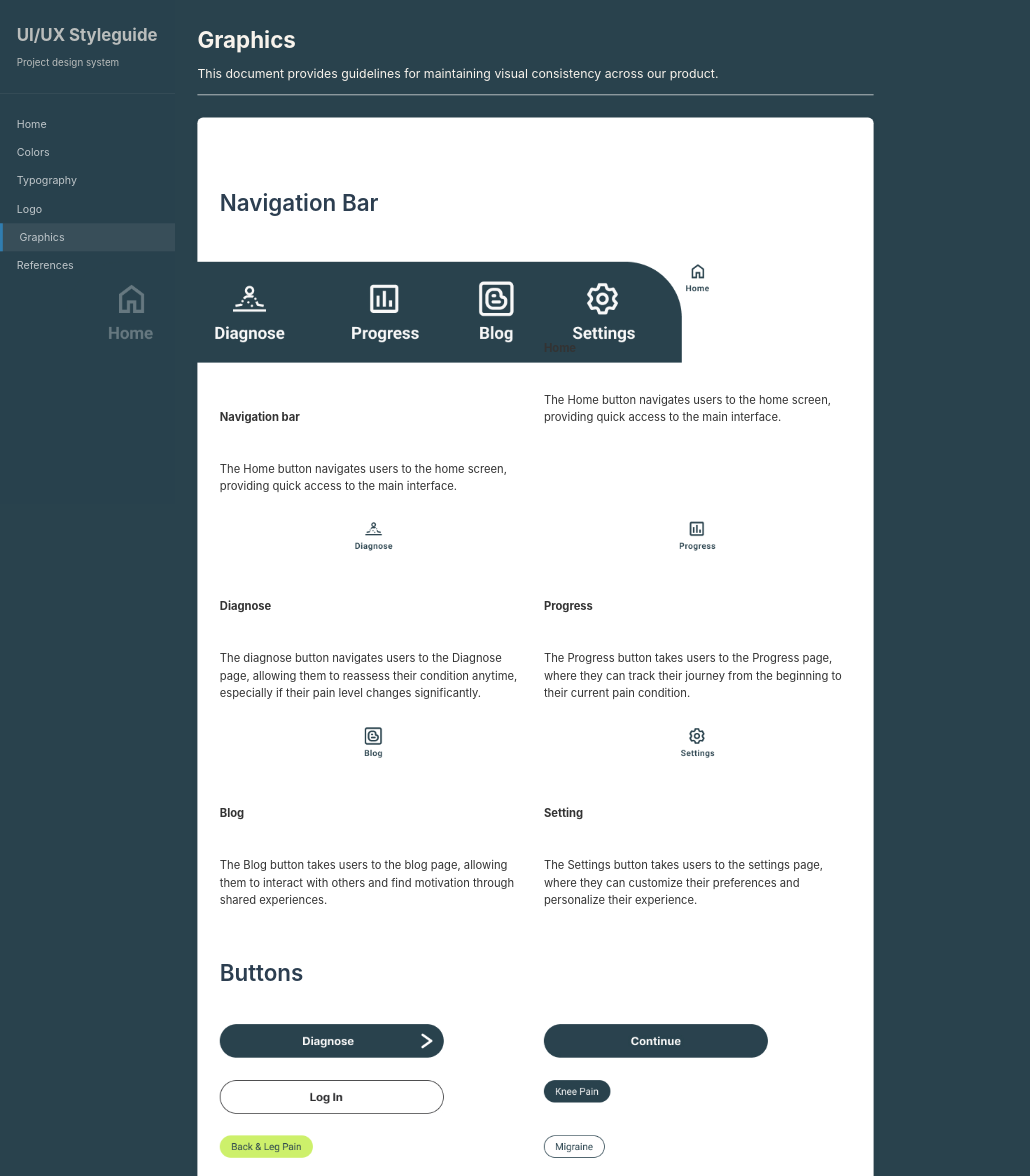
Repository: rosielee09/Heal_U
Page: graphics.html
An editor plug-in stored every save of this project. The page is shown before and after the next save, followed by the edit.
The browser window is 1280 px wide. The page is 1472 px wide, so the pictures cover 1472 px, including what lies to the right of the window. The pictures show the part of the page from y = 0 to 1680 px (the page is 4879 px tall before and 4781 px after), at 70% of full size.

Above is the page before, as saved 2025-04-06 10:39:30.

### graphics.html
<!DOCTYPE html>
<html lang="en">
<head>
    <meta charset="UTF-8">
    <meta name="viewport" content="width=device-width, initial-scale=1.0">
    <link rel="stylesheet" href="styles.css">
    <title>Heal_U Styleguide</title>
</head>
<body>
    <div class="container">
        <!-- Sidebar Navigation -->
        <div class="sidebar">
            <div class="sidebar-header">
                <h1>UI/UX Styleguide</h1>
                <p>Project design system</p>
            </div>
            <ul class="nav">
                <li ><a href="index.html">Home</a></li>
                <li><a href="colors.html">Colors</a></li>
                <li><a href="typography.html">Typography</a></li>
                <li><a href="logo.html">Logo</a></li>
                <li class="active"><a href="graphics.html">Graphics</a></li>
                <li><a href="references.html">References</a></li>
            </ul>
        </div>

        <!-- Main Content - Home Page -->

        <div class="content">
            <header class="page-header">
                <h2>Graphics</h2>
                <p>This document provides guidelines for maintaining visual consistency across our product.</p>
            </header>


           <!-- SECTION 1: menu bar -->
           <div class="component">
            <div class="component-header">

                <section class="component-section">
                    <h3 class="component-title">Navigation Bar</h3>
                    <div class="graphic-grid">


                        <!-- navbar -->
                        <div class="graphic-item">
                            <img class="graphic-menu__icon" src="/img/graphic-menu/navbar.png" alt="navbar">
                            <div class="graphic-info">
                                <h4 class="graphic-title">Navigation bar</h4>
                                <p>The Home button navigates users to the home screen, providing quick access to the main interface.</p>
                            </div>
                        </div>
                        <!-- home -->
                        <div class="graphic-item">
                            <img class="graphic-menu__icon" src="/img/graphic-menu/home.png" alt="home">
                            <div class="graphic-info">
                                <h4 class="graphic-title">Home</h4>
                                <p>The Home button navigates users to the home screen, providing quick access to the main interface.</p>
                            </div>
                        </div>
                        <!-- diagnose -->
                        <div class="graphic-item">
                            <img class="graphic-menu__icon" src="/img/graphic-menu/diagnose.png" alt="diagnose">
                            <div class="graphic-info">
                                <h4 class="graphic-title">Diagnose </h4>
                                <div>The diagnose button navigates users to the Diagnose page, allowing them to reassess their condition anytime, especially if their pain level changes significantly.</div>
                            </div>
                        </div>
                        <!-- Progress -->
                        <div class="graphic-item">
                            <img class="graphic-menu__icon" src="/img/graphic-menu/progress.png" alt="Progress">
                            <div class="graphic-info">
                                <h4 class="graphic-title">Progress </h4>
                                <div>
                                    The Progress button takes users to the Progress page, where they can track their journey from the beginning to their current pain condition.</div>
                            </div>
                        </div>

                        <!-- blog -->
                        <div class="graphic-item">
                            <img class="graphic-menu__icon" src="/img/graphic-menu/blog.png" alt="blog">
                            <div class="graphic-info">
                                <h4 class="graphic-title">Blog </h4>
                                <div>The Blog button takes users to the blog page, allowing them to interact with others and find motivation through shared experiences.</div>
                        </div>
                        </div>

                        <!-- Setting -->
                        <div class="graphic-item">
                            <img class="graphic-menu__icon" src="/img/graphic-menu/setting.png" alt="Setting">
                            <div class="graphic-info">
                                <h4 class="graphic-title">Setting </h4>
                                <div>The Settings button takes users to the settings page, where they can customize their preferences and personalize their experience.</div>

                    </div>
                </div>
            </div>

<!-- button section -->
                <section class="component-section">
                    <h3 class="component-title">Buttons </h3>

                    <div class="graphic-grid">
                          <!-- fill button -->
                        <div class="graphic-item">
                            <img class="graphic-button__icon" src="/img/Appovation - buttons/Button-fill-withIcon.png" alt="fill-icon">
                        </div>
                        <div class="graphic-item">
                            <img class="graphic-button__icon" src="/img/Appovation - buttons/Button-fill.jpg" alt="fill">
                        </div>
                        <div class="graphic-item">
                            <img class="graphic-button__icon" src="/img/Appovation - buttons/Button-outline.jpg" alt="outline">
                        </div>
                        <div class="graphic-item">
                            <img class="graphic-button__icon" src="/img/Appovation - buttons/chips-fill.png" alt="chips">
                        </div>
                        <div class="graphic-item">
                            <img class="graphic-button__icon" src="/img/Appovation - buttons/chips-highlighted.png" alt="chips-highlighted">
                        </div>
                        <div class="graphic-item">
                            <img class="graphic-button__icon" src="/img/Appovation - buttons/chips-outlined.png" alt="chips-outlined">
                        </div>
                    </div>
                </section>

            <section class="component-section">
                <h3 class="component-title">Icons </h3>
                <h4 class="graphic-title">User Setting</h4>
                <div class="graphic-item">
                    <img class="graphic-icons" src="/img/Appovation - icons/user setting icon.png" alt="pain_type_icon">
                </div>

                <h4 class="graphic-title">Type of Pain</h4>
                <div class="graphic-grid__icons">

                    <div class="graphic-item">
                        <img class="graphic-icons" src="/img/Appovation - icons/Icon-stabbing.png" alt="pain_type_icon">
                    </div>
                    <div class="graphic-item">
                        <img class="graphic-icons" src="/img/Appovation - icons/Icon-tingling.png" alt="pain_type_icon">
                    </div>
                    <div class="graphic-item">
                        <img class="graphic-icons" src="/img/Appovation - icons/Icon_Burning.png" alt="pain_type_icon">
                    </div>
                    <div class="graphic-item">
                        <img class="graphic-icons" src="/img/Appovation - icons/Icon_Cramps.png" alt="pain_type_icon">
                    </div>
                    <div class="graphic-item">
                        <img class="graphic-icons" src="/img/Appovation - icons/Icon_dull ache.png" alt="pain_type_icon">
                    </div>
                    <div class="graphic-item">
                        <img class="graphic-icons" src="/img/Appovation - icons/Icon_freezing.png" alt="pain_type_icon">
                    </div>
                    <div class="graphic-item">
                        <img class="graphic-icons" src="/img/Appovation - icons/Icon_Migrane.png" alt="pain_type_icon">
                    </div>
                    <div class="graphic-item">
                        <img class="graphic-icons" src="/img/Appovation - icons/Icon_neuralgia.png" alt="pain_type_icon">
                    </div>
                    <div class="graphic-item">
                        <img class="graphic-icons" src="/img/Appovation - icons/Icon_numbness.png" alt="pain_type_icon">
                    </div>
                    <div class="graphic-item">
                        <img class="graphic-icons" src="/img/Appovation - icons/Icon_thobbing.png" alt="pain_type_icon">
                    </div>

                </div>


                <h4 class="graphic-title">Pain Scale</h4>
                <div class="graphic-grid">

                    <div class="graphic-item">
                        <img class="graphic-icons" src="/img/Appovation - icons/Pain_difference-slider-green.png" alt="pain_scale_icon">
                    </div>
                    <div class="graphic-item">
                        <img class="graphic-icons" src="/img/Appovation - icons/Pain_difference-slider-mild.png" alt="pain_scale_icon">
                    </div>
                    <div class="graphic-item">
                        <img class="graphic-icons" src="/img/Appovation - icons/Pain_difference-slider-middle.png" alt="pain_scale_icon">
                    </div>
                    <div class="graphic-item">
                        <img class="graphic-icons" src="/img/Appovation - icons/Pain_difference-slider-less-severe.png" alt="pain_scale_icon">
                    </div>
                    <div class="graphic-item">
                        <img class="graphic-icons" src="/img/Appovation - icons/Pain_difference-slider-severe.png" alt="pain_scale_icon">
                    </div>
                </div>
                <div class="graphic-item-grid1">
                    <img class="graphic-icons" src="/img/Appovation - icons/progress pain scale.png" alt="pain_scale_icon">
                </div>

        </section>

        <section class="component-section">
            <h3 class="component-title">Illustrations</h3>

            <div class="graphic-grid-illustrations">
                  <!-- fill button -->
                <div class="graphic-item-illustrations">
                    <img class="graphic-illustrations" src="/img/Appovation - illustration set/5214865 1.png" >
                </div>
                <div class="graphic-item-illustrations">
                    <img class="graphic-illustrations" src="/img/Appovation - illustration set/AdobeStock_593962329 1.png">
                </div>
                <div class="graphic-item-illustrations">
                    <img class="graphic-illustrations" src="/img/Appovation - illustration set/exercise 2.png" >
                </div>
                <div class="graphic-item-illustrations">
                    <img class="graphic-illustrations" src="/img/Appovation - illustration set/Group 103.png" >
                </div>
                <div class="graphic-item-illustrations">
                    <img class="graphic-illustrations" src="/img/Appovation - illustration set/Group 84.png" >
                </div>
                <div class="graphic-item-illustrations">
                    <img class="graphic-illustrations" src="/img/Appovation - illustration set/Group 98.png" >
                </div>
            </div>
        </section>

        <section class="component-section">
            <h3 class="component-title">Images for Contents</h3>

            <div class="graphic-grid-images">
                <div class="graphic-item">
                    <img class="graphic-icons" src="/img/Appovation - images for contents/unsplash_GbomLmruCM8.png " alt="pain_type_icon">
                </div>
                <div class="graphic-item">
                    <img class="graphic-icons" src="/img/Appovation - images for contents/unsplash_gJtDg6WfMlQ.png" alt="pain_type_icon">
                </div>
                <div class="graphic-item">
                    <img class="graphic-icons" src="/img/Appovation - images for contents/unsplash_kFCdfLbu6zA.png" alt="pain_type_icon">
                </div>
                <div class="graphic-item">
                    <img height="200px" class="graphic-icons" src="/img/Appovation - images for contents/unsplash_PJ8C7JCqK0o-1.png" alt="pain_type_icon">
                </div>
                <div class="graphic-item">
                    <img height="200px" class="graphic-icons" src="/img/Appovation - images for contents/unsplash_PJ8C7JCqK0o.png" alt="pain_type_icon">
                </div>
        </section>

        <section class="component-section">
            <h3 class="component-title">Screens</h3>

            <div class="graphic-grid-images">
                <div class="graphic-item">
                    <img class="graphic-icons" src="/img/Appovation - screens/screen-dailypopup.png " alt="pain_type_icon">
                </div>
                <div class="graphic-item">
                    <img class="graphic-icons" src="/img/Appovation - screens/screen-survey.png" alt="pain_type_icon">
                </div>
                <div class="graphic-item">
                    <img class="graphic-icons" src="/img/Appovation - screens/screen-watchingtutorial.png" alt="pain_type_icon">
                </div>

        </section>


</body>
<script src="script.js"></script>
</html>

### styles.css
* {
    margin: 0;
    padding: 0;
    box-sizing: border-box;
}

body {
    font-family: 'Inter', -apple-system, BlinkMacSystemFont, 'Segoe UI', Roboto, Oxygen, Ubuntu, Cantarell, sans-serif;
    line-height: 1.6;
    color: #333;
    background: #29424D;

    margin: 0;
    padding: 0;
    width: 100vw;
    height: 100vh;


}

/* Layout */
.container {
    display: flex;
    min-height: 100vh;
}

/* Sidebar Navigation */
.sidebar {
    width: 250px;
    background-color: #29424D;
    color: #F8F3EC;
    padding: 2rem 0;
    position: fixed;
    height: 100vh;
    overflow-y: hidden;
    opacity: 0.7;
}


.sidebar-header {
    padding: 0 1.5rem 2rem;
    border-bottom: 1px solid rgba(255, 255, 255, 0.1);
}

.sidebar-header h1 {
    font-size: 1.5rem;
    font-weight: 700;
    margin-bottom: 0.5rem;
}

.sidebar-header p {
    font-size: 0.875rem;
    opacity: 1;
}

.nav {
    list-style: none;
    padding: 1.5rem 0;
}

.nav li {
    padding: 0.5rem 1.5rem;
}

.nav li.active {
    background-color: rgba(255, 255, 255, 0.1);
    border-left: 4px solid #3498db;
}

.nav a {
    color: #fff;
    text-decoration: none;
    display: block;
    font-size: 0.95rem;
    transition: all 0.2s;
}

.nav a:hover {
    opacity: 1;
}

/* Logo in Navbar */
/* Logo styling */
.logo {
    display: flex;
    align-items: left;
    gap: 10px;  /* Space between logo image and text */
    /* padding: 0 1.5rem;  Match your sidebar padding */
}



.logo p {
    color: #F8F3EC;  /* Match your sidebar text color */
    font-weight: 700;
    font-size: 2rem;
    margin: 0;  /* Remove default paragraph margin */
    margin-bottom: 0.5rem;
}

/* Home page animation */
.body-homepage{
    overflow: hidden;
    position: relative;
    display: flex;
    align-items: center;
}
.animation--title {
    text-align: right;
    display: flex;
    flex-direction: column;
    justify-content: flex-end;
    margin-left: 45rem; /* Push to the right side */
    margin-right: 5%; /* Keep some space from the edge */
    width: 50%;
  }

  .animation--title-head {

    color: #F8F3EC;
    font-size: 8rem;
    line-height: 1.2;
    font-weight: bold;
    letter-spacing: 2px;
    font-family: 'Roboto', sans-serif;
    text-transform: uppercase;

  }

  .animation--title-subhead {
    color: #F8F3EC;
    font-size: 1.7rem;
    line-height: 1.5;
    font-family: 'Roboto', sans-serif;
    font-style: italic;
    margin-top: 2rem;
    margin-bottom: 2rem;
  }

  .animation--title-member {
    color: #F8F3EC;
    font-size: 1.4rem;
    line-height: 1.4;
    font-family: 'Roboto', sans-serif;

  }



  .blob {
    position: absolute;
    top: 0;
    left: 0;
    fill: #CFC4F4;
    width: 50vmax;
    z-index: -1;
    animation: move 10s ease-in-out infinite;
    transform-origin: 50% 50%;
  }

  @keyframes move {
    0%   { transform: scale(1)   translate(10px, -30px); }
    38%  { transform: scale(0.8, 1) translate(80vw, 30vh) rotate(160deg); }
    40%  { transform: scale(0.8, 1) translate(80vw, 30vh) rotate(160deg); }
    78%  { transform: scale(1.3) translate(0vw, 50vh) rotate(-20deg); }
    80%  { transform: scale(1.3) translate(0vw, 50vh) rotate(-20deg); }
    100% { transform: scale(1)   translate(10px, -30px); }
  }




/* Main Content */
.content {
    flex: 1;
    padding: 2rem;
    margin-left: 250px;
    max-width: calc(100% - 250px);
}

.page-header {
    margin-bottom: 2rem;
    padding-bottom: 1rem;
    border-bottom: 1px solid #eee;
}

.page-header h2 {
    font-size: 2rem;
    font-weight: 700;
    color: #F8F3EC;
    margin-bottom: 0.5rem;
}

.page-header p {
    color: #F8F3EC;
    font-size: 1.1rem;
}

/* Components Common Styles */
.component {
    background-color: #fff;
    border-radius: 8px;
    box-shadow: 0 2px 10px rgba(0, 0, 0, 0.05);
    padding: 2rem;
    margin-bottom: 2rem;
}

.component-section{
    margin-top: 3rem;
}

.component-header {
    margin-top: 1.5rem;
    margin-bottom: 1.5rem;
}

.component-title {
    font-size: 2rem;
    font-weight: 600;
    margin-top: 4rem;
    margin-bottom: 3rem;
    color: #2c3e50;
}

.component-description {
    color: #7f8c8d;
}


    /* Color Styles */
.color-grid {
    display: grid;
    grid-template-columns: repeat(auto-fill, minmax(300px, 1fr));
    gap: 1.5rem;
}

.color-grid__onlycolor {
    display: grid;
    grid-template-columns: repeat(auto-fill, minmax(300px, 2fr));
    gap: 1.5rem;
    align-items: center;
}

.color-grid__Accessiblilliy {
    display: grid;
    grid-template-columns: repeat(auto-fit, minmax(clamp(300px, 50%, 400px), 1fr));
    gap: 1.5rem;
}

.color-item {
    border-radius: 6px;
    overflow: hidden;
    box-shadow: 0 2px 5px rgba(0, 0, 0, 0.1);
}

.color-preview {
    height: 120px;
}

.color-info {
    padding: 1rem;
    background-color: #fff;
}

.color-name {
    font-weight: 600;
    margin-bottom: 0.25rem;
}

.color-value {
    font-family: monospace;
    color: #7f8c8d;
    font-size: 0.85rem;
}

.color__primary--preview{
    background-color: #29424D;
}

.color__secondary--preview{
    background-color: #CFC4F4;
}

.color__tertiary--preview {
    background-color: #F8F3EC;
}

.color__accent--preview{
    background-color: #CDF06B;
}

.color__success--preview{
    background-color: #138636;
}

.color__error--preview{
    background-color: #C32D2D;
}

.color__warning--preview{
    background-color: #FFBD11;
}

.color__info--preview{
    background-color: #4976BA;
}

.color__background--preview{
    background-color: #fff;
}

.color__text--preview{
    background-color: #2E2E30;
}

.color-accessiblillity-img {
    width: 100%;
    height: 70%;
}

.color-example-img{
    align-items: center;
}


/* Graphics */
.graphic-grid {
    display: grid;
    grid-template-columns: repeat(auto-fill, minmax(300px, 2fr));
    gap: 1.5rem;

}

/* section__icons */
.graphic-grid__icons{
    display: grid;
    grid-template-columns: repeat(5, 1fr);
    gap: 1.5rem;
}

.graphic-item{
   justify-items: center;

}


.graphic-menu__icon{
    margin: 10px;
}
.graphic-title{
    margin-top: 3rem;
    margin-bottom: 3rem;
}

.graphic-item-grid1{
    margin-top: 3rem;
}


/* section illustrations */
.graphic-grid-illustrations,
.graphic-grid-images{
    display: grid;
    grid-template-columns: repeat(3, 1fr);
    gap: 1.5rem;
}
.graphic-item-illustrations,
.graphic-illustrations{
    max-width: 200px;
    max-height: 200px;
}
.graphic-icons{
    border-radius: 20px;
}

/* Typography */

/* Import Roboto font with multiple weights */
@import url('https://fonts.googleapis.com/css2?family=Roboto:wght@400;500;700&display=swap');

.component-title-typography{
    color: #F8F3EC;
}

/* Table styling */
table {
  width: 100%;
  border-collapse: collapse;
  font-family: 'Roboto', sans-serif;
  margin: 2rem 0;
}

th {
  background-color: #f8f9fa;
  color: #212529;
  padding: 12px 16px;
  text-align: left;
  font-weight: 500;
  border-bottom: 2px solid #dee2e6;

}

td {
  padding: 16px;
  border-bottom: 1px solid #e9ecef;
  vertical-align: top;
}

/* Remove default list styling */
td li {
  list-style: none;
  margin: 4px 0;
  padding-left: 0;
}



.content-image {
  margin: auto;
  display: block;
  padding: 1rem;
}

.center {
  text-align: center;
}



.typography-item {
    margin-bottom: 2rem;
}


.heading1 {
  font-family: 'Roboto', sans-serif;
  font-size: 40px;
  line-height: 48px;
  font-weight: 700;
  color: #212529;

}

.heading2 {
  font-family: 'Roboto', sans-serif;
  font-size: 32px;
  line-height: 40px;
  font-weight: 700;
  color: #212529;
}

.section-header {
  font-family: 'Roboto', sans-serif;
  font-size: 24px;
  line-height: 32px;
  font-weight: 700;
  color: #212529;
}

.sub-header {
  font-family: 'Roboto', sans-serif;
  font-size: 20px;
  line-height: 28px;
  font-weight: 700;
  color: #212529;
}

.body-bold {
  font-family: 'Roboto', sans-serif;
  font-size: 16px;
  line-height: 24px;
  font-weight: 700;
  color: #212529;
}


.body {
  font-family: 'Roboto', sans-serif;
  font-size: 16px;
  line-height: 24px;
  font-weight: 400;
  color: #212529;
}

.small {
  font-family: 'Roboto', sans-serif;
  font-size: 14px;
  line-height: 20px;
  font-weight: 400;
  color: #212529;
}

.small-italic {
  font-family: 'Roboto', sans-serif;
  font-style: italic;
  font-size: 14px;
  line-height: 20px;
  font-weight: 400;
  color: #212529;
}

.tiny-bold {
  font-family: 'Roboto', sans-serif;
  font-size: 12px;
  line-height: 18px;
  font-weight: 700;
  color: #212529;
}

.tiny {
  font-family: 'Roboto', sans-serif;
  font-size: 12px;
  line-height: 18px;
  font-weight: 400;
  color: #212529;
}

.mini {
  font-family: 'Roboto', sans-serif;
  font-size: 8px;
  line-height: 12px;
  font-weight: 400;
  color: #212529;
  letter-spacing: 0.5px;
}

/* Add zebra striping for better readability */
tbody tr:nth-child(odd) {
  background-color: #f8f9fa;
}

Loaded but not shown: script.js (no stored copy; drawn as an empty file)

After the next save:
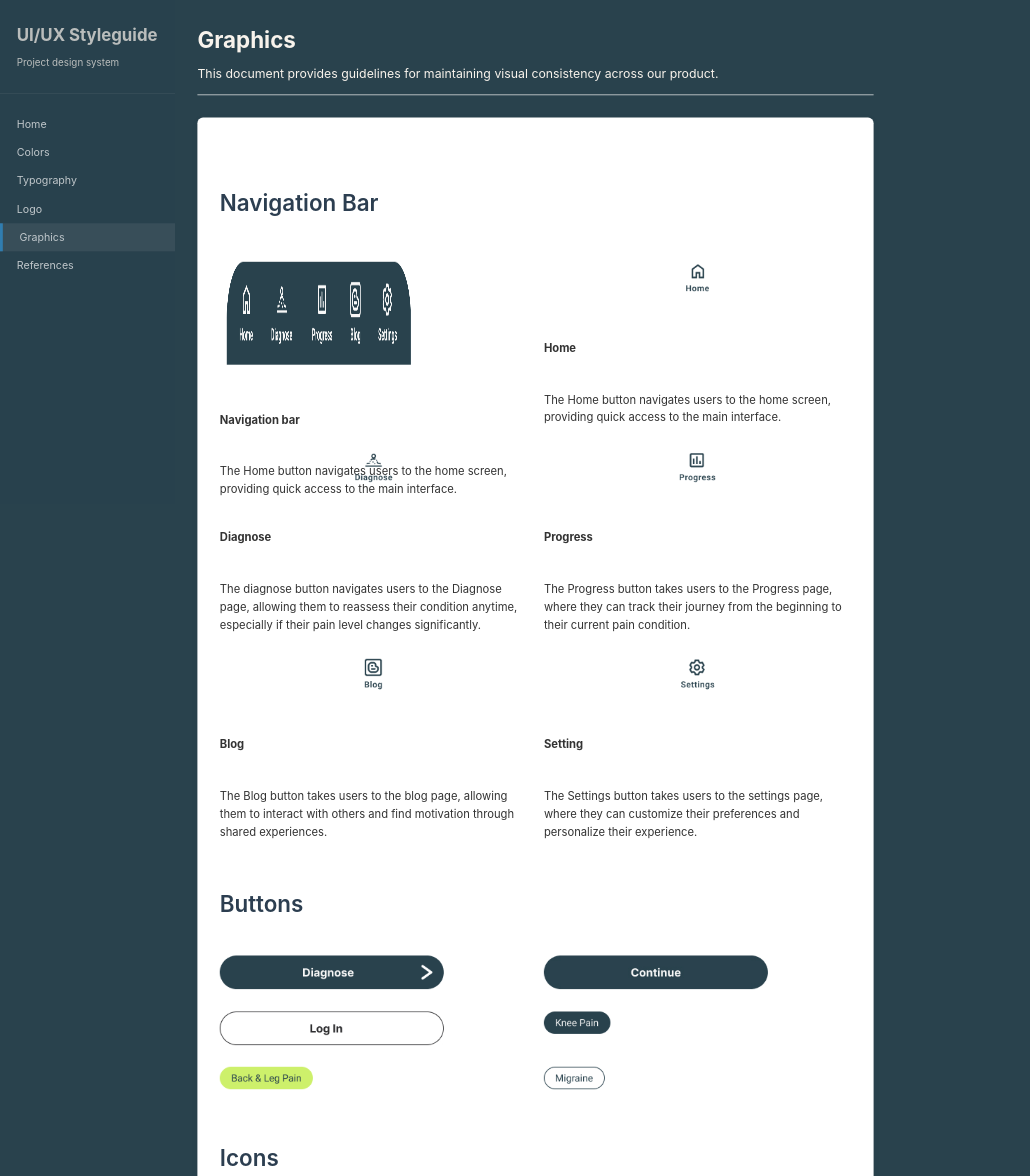
Saved 13 s later.
--- a/graphics.html
+++ b/graphics.html
@@ -44,7 +44,7 @@
 
                         <!-- navbar -->
                         <div class="graphic-item">
-                            <img class="graphic-menu__icon" src="/img/graphic-menu/navbar.png" alt="navbar">
+                            <img class="graphic-menu__icon" src="/img/graphic-menu/navbar.png" alt="navbar" width="60%" height="60%">
                             <div class="graphic-info">
                                 <h4 class="graphic-title">Navigation bar</h4>
                                 <p>The Home button navigates users to the home screen, providing quick access to the main interface.</p>
